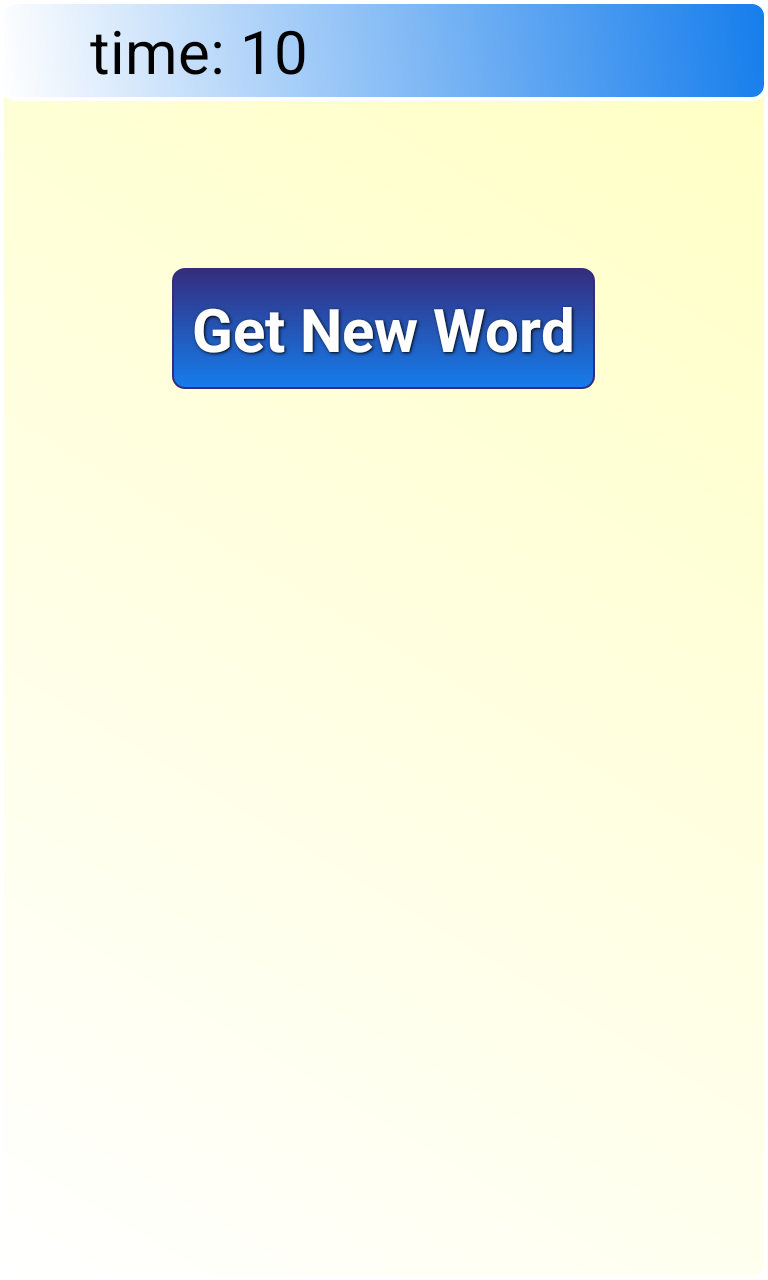
Repository: tvergilio/android
Layout: GoogleItDb/res/layout/activity_main.xml
These files come from the project's save history. The layout is drawn as it stood at one moment and after the next save; the edit follows.
It is drawn on a 768 x 1280 px phone screen (xhdpi) without system bars, with theme AppTheme; the app's code is not run. Lists and similar views that code fills are empty.

Above is the layout before, as saved 2014-02-15 23:21:17.

After the next save:
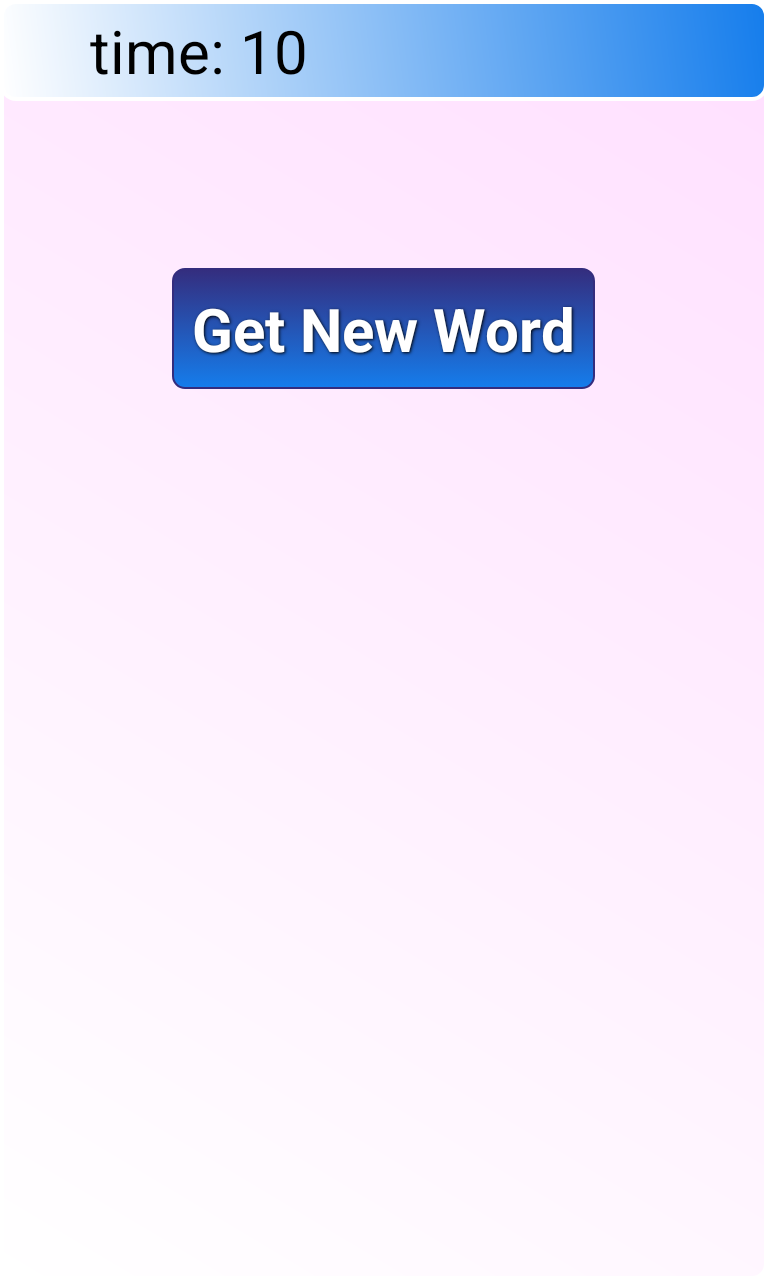
Saved 5 min 37 s later.
--- a/GoogleItDb/res/drawable-hdpi/rectangle.xml
+++ b/GoogleItDb/res/drawable-hdpi/rectangle.xml
@@ -2,7 +2,7 @@
 <shape xmlns:android="http://schemas.android.com/apk/res/android"
          android:shape="rectangle">
      <stroke android:width="2dp" android:color="@color/white" />
-     <gradient android:startColor="@color/parchment" android:endColor="@color/white"
+     <gradient android:startColor="@color/light_pink" android:endColor="@color/white"
             android:angle="225"/>
 
     <corners android:bottomRightRadius="7dp" android:bottomLeftRadius="7dp"
